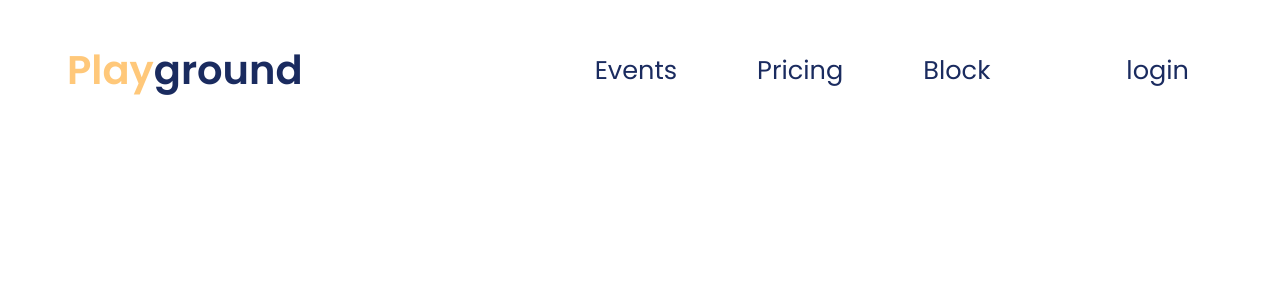
Repository: tuanpham-aptech/front-end
Page: psdtohtml/playgroud/index.html
An editor plug-in stored every save of this project. The page is shown before and after a run of saves, followed by the edit.
The browser window is 1280 px wide. The pictures show the whole page.
Some web libraries are served in a nearby version.

Above is the page before, as saved 2021-10-13 17:22:22.

### psdtohtml/playgroud/index.html
<!DOCTYPE html>
<html lang="en">
<head>
    <meta charset="UTF-8">
    <meta http-equiv="X-UA-Compatible" content="IE=edge">
    <meta name="viewport" content="width=device-width, initial-scale=1.0">
    <title>PlayGround</title>
    <link rel="preconnect" href="https://fonts.googleapis.com">
<link rel="preconnect" href="https://fonts.gstatic.com" crossorigin>
<link href="https://fonts.googleapis.com/css2?family=Poppins:wght@300;400;600&display=swap" rel="stylesheet">
<link rel="stylesheet" href="https://pro.fontawesome.com/releases/v5.10.0/css/all.css" integrity="sha384-AYmEC3Yw5cVb3ZcuHtOA93w35dYTsvhLPVnYs9eStHfGJvOvKxVfELGroGkvsg+p" crossorigin="anonymous"/>
<link rel="stylesheet" href="./assets/css/style.css">
</head>
<body>
    <div class="wrapper">
        <div class="header">
            <div class="container header__inner">
                <a href="#" class="logo">
                    <span class="logo__text">Play</span>ground
                </a>
                <nav class="header__menu">
                    <ul class="header__menu-list">
                        <li class="header__menu-item">
                            <a href="#" class="header__menu-link">
                                Events
                            </a>
                        </li>
                        <li class="header__menu-item">
                            <a href="#" class="header__menu-link">
                                Pricing
                            </a>
                        </li>
                        <li class="header__menu-item">
                            <a href="#" class="header__menu-link">
                                Block
                            </a>
                        </li>
                        <li class="header__menu-item">
                            <a href="#" class="header__menu-link header__login">
                                login
                            </a>
                        </li>
                    </ul>
                </nav>
            </div>
        </div>
    </div>
</body>
</html>

### psdtohtml/playgroud/assets/css/style.css
* {
    box-sizing: border-box;
    padding: 0;
    margin: 0;
    -webkit-box-sizing: border-box;
}
:root {
    --primary-color: #ffc87a;
    --text-color: #1a2b5f;
}
body {
    font-family: 'Poppins', sans-serif;
}
.wrapper {
    max-width: 1440px;
    margin: 0 auto;
}

.container {
    max-width: 1210px;
    padding-left: 2rem;
    padding-right: 2rem;
    margin: 0 auto;
}

.header {
    padding-top: 40px;
}

.header__inner {
    display: flex;
    justify-content: space-between;
    align-items: center;
}

.header__menu-list {
    display: flex;
    align-items: center;
    list-style: none;
}

.header__menu-item {
    margin-left: 5rem;
}

.header__menu-item:last-child {
    margin-left: 7rem;
}

.header__menu-link {
    text-decoration: none;
    font-size: 1.6rem;
    color:var(--text-color);
}

.header__login {
    padding: 1.5rem;

}
.logo {
    font-size: 2.5rem;
    font-weight: 600;
    text-decoration: none;
    color:var(--text-color);

}

.logo__text {
    color:var(--primary-color);
}

After the next 7 saves:
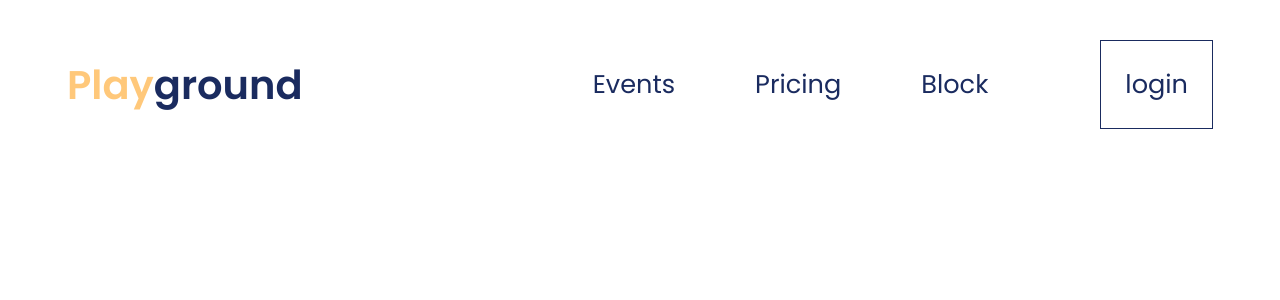
The 7 saves are shown as one change because they came seconds apart.
The last was saved 22 s later.
--- a/psdtohtml/playgroud/assets/css/style.css
+++ b/psdtohtml/playgroud/assets/css/style.css
@@ -55,7 +55,8 @@
 
 .header__login {
     padding: 1.5rem;
-
+    display: block;
+    border: 1px solid;
 }
 .logo {
     font-size: 2.5rem;
